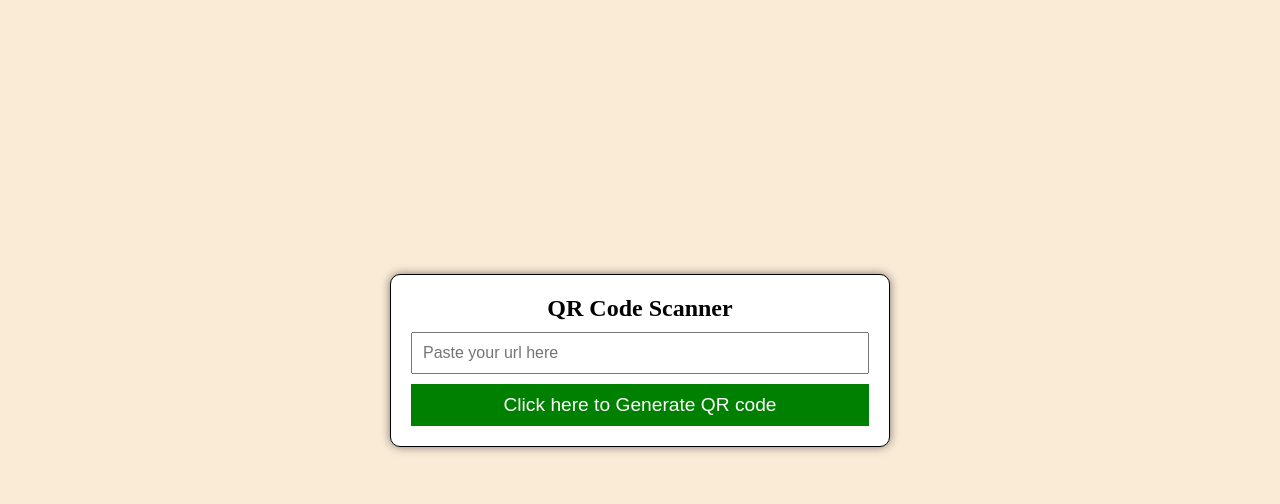
Repository: JunaidAnsari202/QR-Scanner
Page: index.html
These files come from the project's save history. The page is drawn as it stood at one moment and after a run of saves; the edit follows.
The browser window is 1280 px wide. The pictures show the whole page.

Above is the page before, as saved 2024-10-12 20:58:44.

After the next 5 saves:
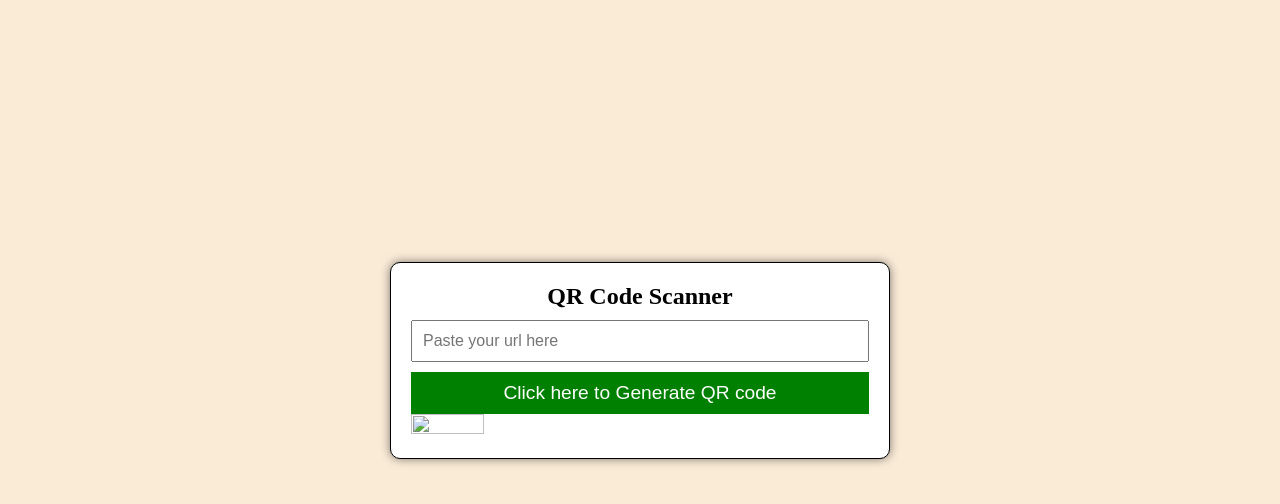
The 5 saves are shown as one change because they came seconds apart.
The last was saved 9 s later.
--- a/style.css
+++ b/style.css
@@ -48,4 +48,5 @@
 
 #qr-img{
    width: 40%;
+   height: 40%;
 }

After the 3 saves that followed:
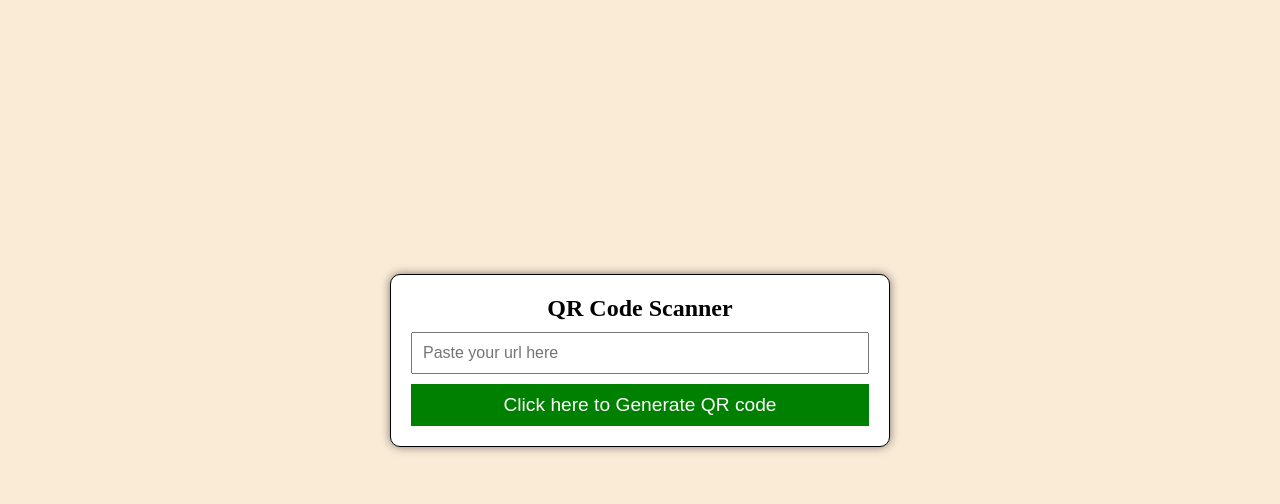
The 3 saves are shown as one change because they came seconds apart.
The last was saved 2 min 44 s later.
--- a/style.css
+++ b/style.css
@@ -47,6 +47,5 @@
 }
 
 #qr-img{
-   width: 40%;
-   height: 40%;
+   di
 }
